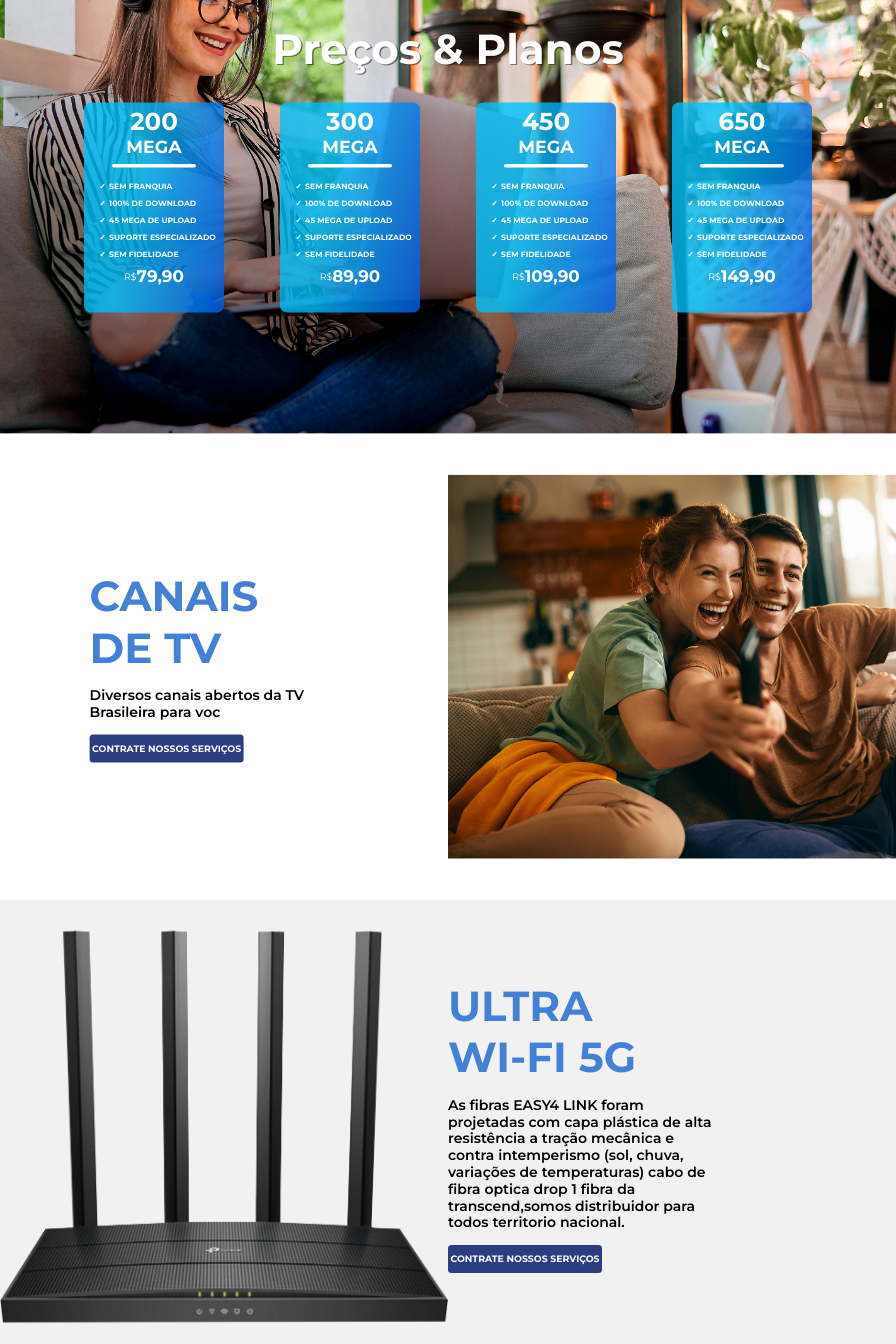
Repository: mateus-henrique-silva/WorkBandaLarga
Page: site_work/src/Pages/campos.html
These files come from the project's save history. The page is drawn as it stood at one moment and after the next save; the edit follows.
The browser window is 1280 px wide. The pictures show the part of the page from y = 1078 to 2998 px (the page is 5184 px tall), at 70% of full size.
Backgrounds fixed to the window are drawn as part of the page. Some web fonts or font styles are not loaded; a fallback is used.

Above is the page before, as saved 2022-09-21 08:18:20.

After the next save:
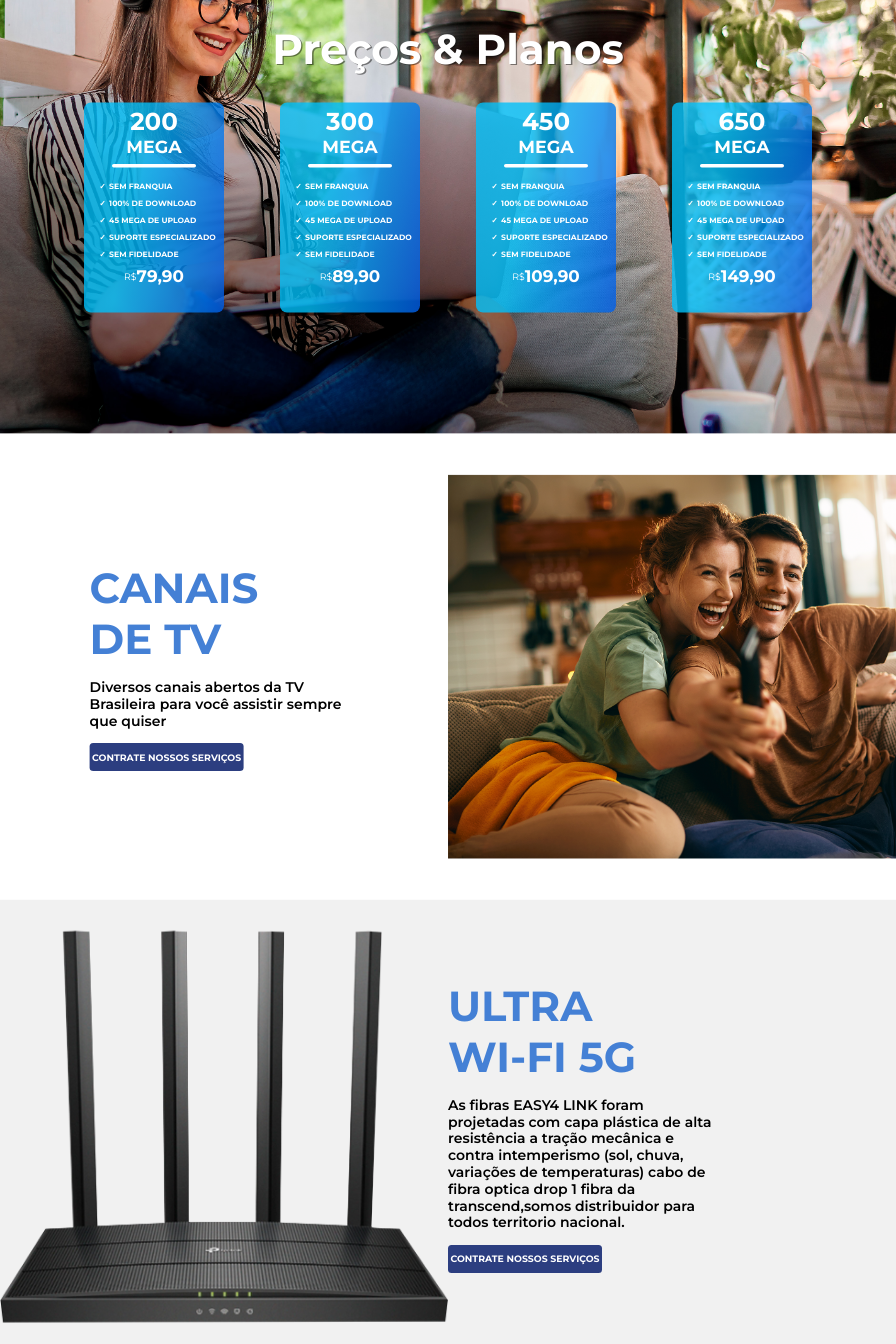
Saved 8 s later.
--- a/site_work/src/Pages/campos.html
+++ b/site_work/src/Pages/campos.html
@@ -420,7 +420,7 @@
           <div class="ajust-two" >
             <h2>CANAIS <br> DE TV</h2>
             <p >
-              Diversos canais abertos da TV Brasileira para voc
+              Diversos canais abertos da TV Brasileira para você assistir sempre que quiser
             </p>
             <button onclick="onClickLink()" class="btn-king">
               Contrate nossos serviços
